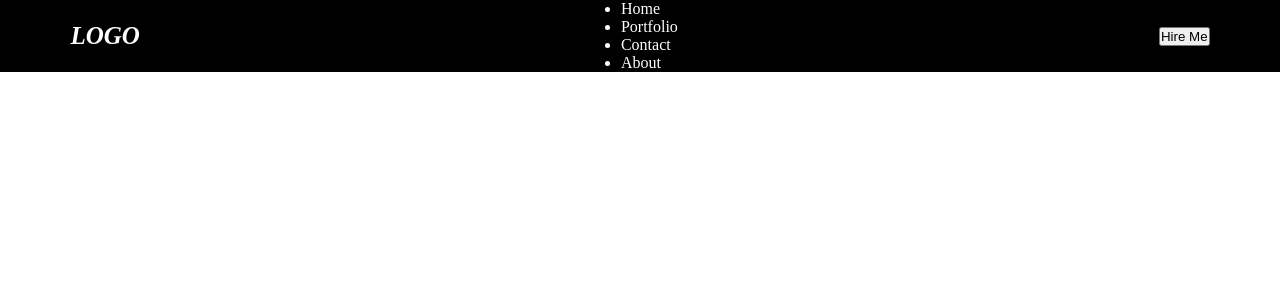
Repository: DevAntonioRogers/vanilla-responsive-navbar
Page: index.html
These files come from the project's save history. The page is drawn as it stood at one moment and after the next save; the edit follows.
The browser window is 1280 px wide. The pictures show the whole page.

Above is the page before, as saved 2023-06-04 21:12:48.
Console error: TypeError: Cannot read properties of null (reading 'addEventListener')

After the next save:
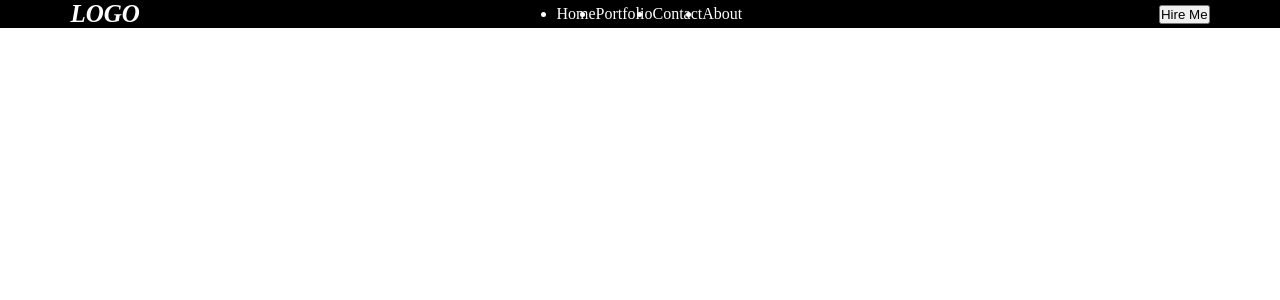
Saved 20 s later.
--- a/index.html
+++ b/index.html
@@ -16,7 +16,7 @@
       <div class="nav-container">
         <h1>Logo</h1>
 
-        <ul class="nav-links">
+        <ul class="nav-menu">
           <li>Home</li>
           <li>Portfolio</li>
           <li>Contact</li>
